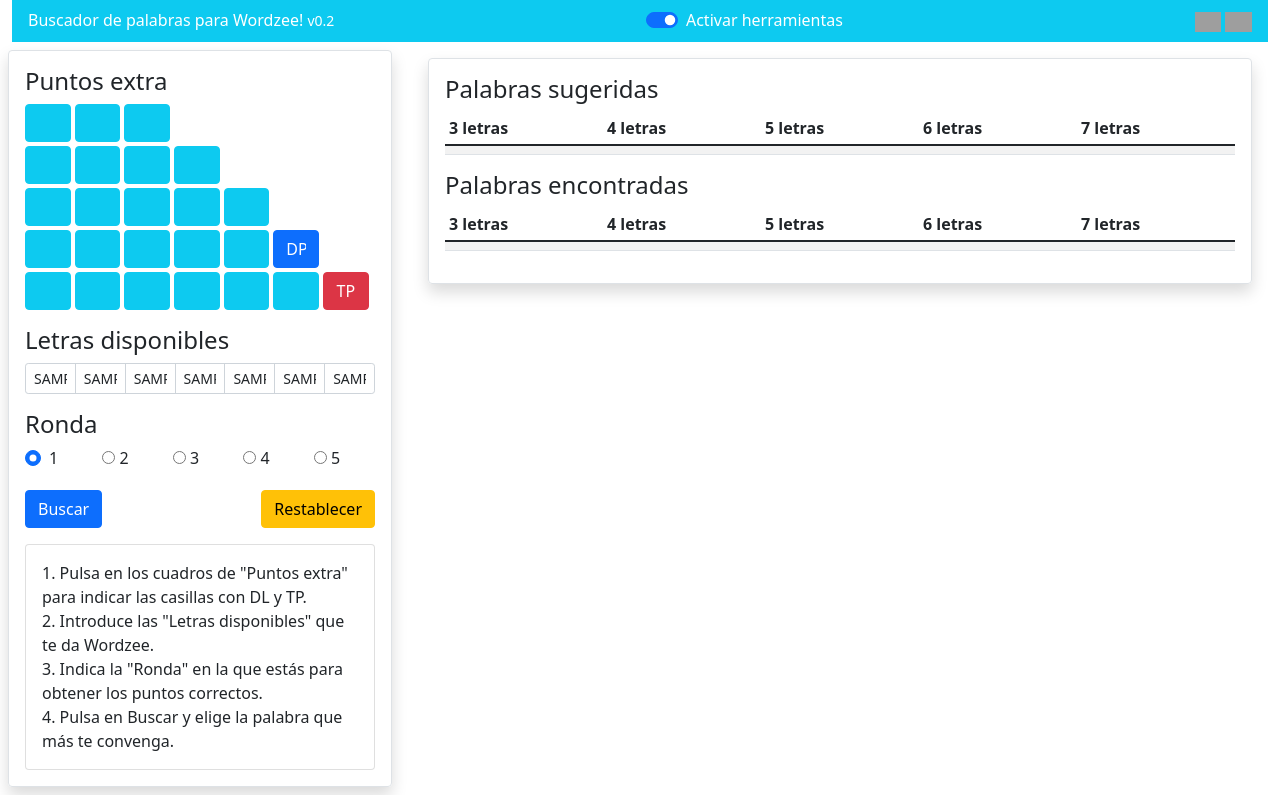
Repository: angelcafe/wordzee-bp_javascript
Page: index.html
An editor plug-in stored every save of this project. The page is shown before and after the next save, followed by the edit.
The browser window is 1280 px wide. The pictures show the whole page.
Empty fields were first filled with sample values (such as "Sample", 5 or name@example.com).
After loading, the first visible `#idActivarHerramientas` was changed once.
Pictures or frames that could not be fetched are drawn as grey boxes.

Above is the page before, as saved 2021-10-22 23:19:25.

### index.html
<!DOCTYPE html>
<html lang="es">

<head>
    <meta charset="UTF-8">
    <meta name="viewport" content="width=device-width, initial-scale=1">
    <meta http-equiv="Expires" content="0">
    <meta http-equiv="Last-Modified" content="0">
    <meta http-equiv="Cache-Control" content="no-cache, mustrevalidate">
    <meta http-equiv="Pragma" content="no-cache">
    <link rel="icon" href="favicon.ico" type="image/ico" />
    <link rel="stylesheet" href="https://cdn.jsdelivr.net/npm/bootstrap@5.1.3/dist/css/bootstrap.min.css" integrity="sha384-1BmE4kWBq78iYhFldvKuhfTAU6auU8tT94WrHftjDbrCEXSU1oBoqyl2QvZ6jIW3" crossorigin="anonymous">
    <link rel="stylesheet" href="https://cdn.jsdelivr.net/npm/bootstrap-icons@1.5.0/font/bootstrap-icons.css">
    <link rel="stylesheet" href="index.css">
    <title>Busca palabras</title>
</head>

<body>
    <div class="container-fluid">
        <!-- Cabecera -->
        <nav class="nav d-flex justify-content-between bg-info">
            <li class="nav-item">
                <span class="nav-link text-white">Buscador de palabras para Wordzee! <small>v0.2</small></span>
            </li>
            <li class="nav-item">
                <div class="nav-link text-white form-check form-switch">
                    <input class="form-check-input" type="checkbox" role="switch" id="idActivarHerramientas">
                    <label class="form-check-label" for="idActivarHerramientas">Activar herramientas</label>
                </div>
            </li>
            <li class="nav-item">
                <span class="nav-link">
                    <a href="https://www.facebook.com/BuscaPalabras-para-Wordzee-106324508497974" target="_blank"><img src="https://upload.wikimedia.org/wikipedia/commons/5/51/Facebook_f_logo_%282019%29.svg" height="20"></a>
                    <a href="https://t.me/buscadorwordzee" target="_blank"><img src="https://upload.wikimedia.org/wikipedia/commons/thumb/8/83/Telegram_2019_Logo.svg/2048px-Telegram_2019_Logo.svg.png" height="20"></a>
                </span>
            </li>
        </nav>
        <div class="row">
            <!-- Principal -->
            <div class="col border shadow rounded m-2 p-3 principal">
                <form name="principal" method="POST">
                    <div id="idPuntosExtra">
                        <h4>Puntos extra</h4>
                        <div class="p-0 mb-1">
                            <input type="text" name="pal3let1" class="btn btn-info" value="" readonly>
                            <input type="text" name="pal3let2" class="btn btn-info" value="" readonly>
                            <input type="text" name="pal3let3" class="btn btn-info" value="" readonly>
                        </div>
                        <div class="p-0 mb-1">
                            <input type="text" name="pal4let1" id="pal4let1" class="btn btn-info" value="" readonly>
                            <input type="text" name="pal4let2" id="pal4let2" class="btn btn-info" value="" readonly>
                            <input type="text" name="pal4let3" id="pal4let3" class="btn btn-info" value="" readonly>
                            <input type="text" name="pal4let4" id="pal4let4" class="btn btn-info" value="" readonly>
                        </div>
                        <div class="p-0 mb-1">
                            <input type="text" name="pal5let1" id="pal5let1" class="btn btn-info" value="" readonly>
                            <input type="text" name="pal5let2" id="pal5let2" class="btn btn-info" value="" readonly>
                            <input type="text" name="pal5let3" id="pal5let3" class="btn btn-info" value="" readonly>
                            <input type="text" name="pal5let4" id="pal5let4" class="btn btn-info" value="" readonly>
                            <input type="text" name="pal5let5" id="pal5let5" class="btn btn-info" value="" readonly>
                        </div>
                        <div class="p-0 mb-1">
                            <input type="text" name="pal6let1" id="pal6let1" class="btn btn-info" value="" readonly>
                            <input type="text" name="pal6let2" id="pal6let2" class="btn btn-info" value="" readonly>
                            <input type="text" name="pal6let3" id="pal6let3" class="btn btn-info" value="" readonly>
                            <input type="text" name="pal6let4" id="pal6let4" class="btn btn-info" value="" readonly>
                            <input type="text" name="pal6let5" id="pal6let5" class="btn btn-info" value="" readonly>
                            <input type="text" name="pal6let6" id="pal6let6" class="btn btn-info" value="" readonly>
                        </div>
                        <div class="p-0 mb-3">
                            <input type="text" name="pal7let1" id="pal7let1" class="btn btn-info" value="" readonly>
                            <input type="text" name="pal7let2" id="pal7let2" class="btn btn-info" value="" readonly>
                            <input type="text" name="pal7let3" id="pal7let3" class="btn btn-info" value="" readonly>
                            <input type="text" name="pal7let4" id="pal7let4" class="btn btn-info" value="" readonly>
                            <input type="text" name="pal7let5" id="pal7let5" class="btn btn-info" value="" readonly>
                            <input type="text" name="pal7let6" id="pal7let6" class="btn btn-info" value="" readonly>
                            <input type="text" name="pal7let7" id="pal7let7" class="btn btn-info" value="" readonly>
                        </div>
                    </div>
                    <div id="idLetrasDisponibles">
                        <h4>Letras disponibles</h4>
                        <div class="input-group input-group-sm mb-3" id="letras">
                            <input type="text" name="letra1" size="1" maxlength="1" autocomplete="off" required="required" class="form-control text-uppercase" value="">
                            <input type="text" name="letra2" size="1" maxlength="1" autocomplete="off" required="required" class="form-control text-uppercase" value="">
                            <input type="text" name="letra3" size="1" maxlength="1" autocomplete="off" required="required" class="form-control text-uppercase" value="">
                            <input type="text" name="letra4" size="1" maxlength="1" autocomplete="off" required="required" class="form-control text-uppercase" value="">
                            <input type="text" name="letra5" size="1" maxlength="1" autocomplete="off" required="required" class="form-control text-uppercase" value="">
                            <input type="text" name="letra6" size="1" maxlength="1" autocomplete="off" required="required" class="form-control text-uppercase" value="">
                            <input type="text" name="letra7" size="1" maxlength="1" autocomplete="off" required="required" class="form-control text-uppercase" value="">
                        </div>
                    </div>
                    <div id="idRonda">
                        <h4>Ronda</h4>
                        <div class="form-check form-check-inline mb-3">
                            <input type="radio" name="ronda" value="1" class="form-check-input" checked>
                            <label class="form-check-label" for="idRonda1">1</label>
                        </div>
                        <div class="form-check form-check-inline mb-3">
                            <input type="radio" name="ronda" value="2" class="custom-control-input">
                            <label class="custom-control-label" for="idRonda2">2</label>
                        </div>
                        <div class="form-check form-check-inline mb-3">
                            <input type="radio" name="ronda" value="3" class="custom-control-input">
                            <label class="custom-control-label" for="idRonda3">3</label>
                        </div>
                        <div class="form-check form-check-inline mb-3">
                            <input type="radio" name="ronda" value="4" class="custom-control-input">
                            <label class="custom-control-label" for="idRonda4">4</label>
                        </div>
                        <div class="form-check form-check-inline mb-3">
                            <input type="radio" name="ronda" value="5" class="custom-control-input">
                            <label class="custom-control-label" for="idRonda5">5</label>
                        </div>
                        <div class="btn-toolbar justify-content-between mt-1">
                            <button type="submit" class="btn btn-primary">Buscar</button>
                            <button type="button" onclick="restablecer()" class="btn btn-warning">Restablecer</button>
                        </div>
                    </div>
                </form>
                <div class="card mt-3">
                    <div class="card-body">
                        1. Pulsa en los cuadros de "Puntos extra" para indicar las casillas con DL y TP.
                        <br>
                        2. Introduce las "Letras disponibles" que te da Wordzee.
                        <br>
                        3. Indica la "Ronda" en la que estás para obtener los puntos correctos.
                        <br>
                        4. Pulsa en Buscar y elige la palabra que más te convenga.
                    </div>
                </div>
            </div>
            <!-- Herramientas -->
            <div class="col border col m-3 p-3 shadow rounded herramientas">
                <div id="idHerramientas">
                    <h4>Herramientas</h4>
                    <form class="row">
                        <div class="col">Palabra nueva:</div>
                        <div class="col">
                            <input name="palabraGuardar" id="palabraGuardar" type="text" minlength="3" maxlength="7" autocomplete="off" required="required" class="form-control text-uppercase" value="">
                        </div>
                        <div class="col">
                            <button id="idGuardar" type="button" class="btn btn-primary">Guardar</button>
                        </div>
                    </form>
                    <form class="row mt-3">
                        <div class="col">Borrar palabra:</div>
                        <div class="col">
                            <input name="palabraBorrar" id="palabraBorrar" type="text" minlength="3" maxlength="7" autocomplete="off" required="required" class="form-control text-uppercase" value="">
                        </div>
                        <div class="col">
                            <button id="idBorrar" type="button" class="btn btn-danger">Borrar</button>
                        </div>
                    </form>
                    <form class="row mt-3">
                        <div class="col">Exportar JSON:</div>
                        <div class="col"></div>
                        <div class="col">
                            <button type="button" onclick="palabras.exportar()" class="btn btn-primary">Exportar</button>
                        </div>
                    </form>
                    <form class="row mt-3">
                        <div class="col">Importar JSON:</div>
                        <div class="col custom-file">
                            <input type="file" class="custom-file-input" accept=".json" id="formFile" required="required">
                            <label class="custom-file-label" for="formFile" data-browse="Elegir"></label>
                        </div>
                        <div class="col input-group-append">
                            <button type="button" class="btn btn-warning" onclick="palabras.importar()">Importar</button>
                        </div>
                    </form>
                </div>
            </div>
        <!-- Palabras sugeridas -->
            <div class="col">
            <div class="border col m-3 p-3 shadow rounded">
                <h4>Palabras sugeridas</h4>
                <table class="table table-sm table-striped table-hover">
                    <thead>
                        <tr>
                            <th>3 letras</th>
                            <th>4 letras</th>
                            <th>5 letras</th>
                            <th>6 letras</th>
                            <th>7 letras</th>
                        </tr>
                    </thead>
                    <tbody>
                        <tr>
                            <td class="noselect"></td>
                            <td class="noselect"></td>
                            <td class="noselect"></td>
                            <td class="noselect"></td>
                            <td class="noselect"></td>
                        </tr>
                    </tbody>
                </table>
                <!-- Palabras encontradas -->
                <h4>Palabras encontradas</h4>
                <table class="table table-sm table-striped table-hover">
                    <thead>
                        <tr>
                            <th>3 letras</th>
                            <th>4 letras</th>
                            <th>5 letras</th>
                            <th>6 letras</th>
                            <th>7 letras</th>
                        </tr>
                    </thead>
                    <tbody>
                        <tr>
                            <td class="menu palenc noselect"></td>
                            <td class="menu palenc noselect"></td>
                            <td class="menu palenc noselect"></td>
                            <td class="menu palenc noselect"></td>
                            <td class="menu palenc noselect"></td>
                        </tr>
                    </tbody>
                </table>
            </div>
        </div>
    </div>
    <div id="modalAlert" class="modal fade" tabindex="-1">
        <div class="modal-dialog">
            <div class="modal-content">
                <div class="modal-header">
                    <h5 class="modal-title"></h5>
                    <button type="button" class="close" data-dismiss="modal" aria-label="Close"></button>
                </div>
                <div class="modal-body">
                    <p>Importación finalizada.</p>
                </div>
                <div class="modal-footer">
                    <button type="button" class="close" data-dismiss="modal" aria-label="Cerrar">
                        <span aria-hidden="true">&times;</span>
                    </button>
                </div>
            </div>
        </div>
    </div>
    <div id="menu">
        <div>
            <i class="bi bi-eraser-fill"></i> Borrar <span id="idBorrarPalabra"></span> de la Base de Datos
        </div>
    </div>
    <script src="https://cdn.jsdelivr.net/npm/bootstrap@5.1.3/dist/js/bootstrap.bundle.min.js" integrity="sha384-ka7Sk0Gln4gmtz2MlQnikT1wXgYsOg+OMhuP+IlRH9sENBO0LRn5q+8nbTov4+1p" crossorigin="anonymous"></script>
    <script src="index.js"></script>
</body>

</html>

### index.css
.herramientas {
    display: none;
    max-width: 26em;
    min-width: 24em;
}
.noselect {
    -webkit-touch-callout: none; /* iOS Safari */
    -webkit-user-select: none; /* Safari */
    -khtml-user-select: none; /* Konqueror HTML */
    -moz-user-select: none; /* Firefox */
    -ms-user-select: none; /* Internet Explorer/Edge */
    user-select: none; /* Non-prefixed version, currently
    supported by Chrome and Opera */
}
.palenc {
    cursor: pointer;
}
.principal {
    max-width: 24em;
    min-width: 24em;
}
.rosa {
    background-color: pink;
}
#idPuntosExtra input {
    width: 13%;
}
#idBorrarPalabra,
#idBotonBuscaPalabras {
    cursor: pointer;
}
#menu {
    position: absolute;
    display: none;
    padding: 0px;
    font-family: sans-serif;
    font-size: 15px;
    background: #fff;
    color: #555;
    border: 1px solid #C6C6C6;
    -webkit-transition: opacity .5s ease-in-out;
    -moz-transition: opacity .5s ease-in-out;
    transition: opacity .5s ease-in-out;
    -webkit-box-shadow: 2px 2px 2px 0px rgba(143, 144, 145, 1);
    -moz-box-shadow: 2px 2px 2px 0px rgba(143, 144, 145, 1);
    box-shadow: 2px 2px 2px 0px rgba(143, 144, 145, 1);
}
#menu div {
    display: block;
    color: #555;
    text-decoration: none;
    padding: 6px 8px 6px 8px;
    width: 294px;
    position: relative;
}
#menu div img,
#menu div i.fa {
    height: 20px;
    font-size: 17px;
    width: 20px;
    position: absolute;
    left: 5px;
    top: 2px;
}
#menu span:hover {
    color: #fff;
    background: #69a0f1;
}
#menu span {
    font-weight: bold;
}

### index.js
(function () {
    'use strict'

    document.querySelector("#pal6let6[value='']").value = "DP";
    document.querySelector("#pal7let7[value='']").value = "TP";
    for (let x = 3; x < 8; x++) {
        for (let y = 1; y < (x + 1); y++) {
            document.getElementsByName("pal" + x + "let" + y)[0].addEventListener("click", cambiarValorBotones);
            cambiarClaseBotones(document.getElementsByName("pal" + x + "let" + y)[0]);
        }
    }
    if (localStorage.getItem('ActivarHerramientas')) {
        document.getElementsByClassName('herramientas')[0].style.display = localStorage.getItem('ActivarHerramientas');
        document.getElementById('idActivarHerramientas').checked = (localStorage.getItem('ActivarHerramientas').indexOf('none') < 0) ? (true) : (false);
    }
    document.getElementById('idActivarHerramientas').addEventListener("change", activarHerramientas);
    Array.from(document.getElementsByClassName("palenc")).forEach(element => {
        element.addEventListener("click", function (e) {
            let palabra = e.target.innerText.split(' ')[0];
            for (let x = 0; x < 7; x++) {
                document.getElementsByName('letra' + (x + 1))[0].value = palabra[x];
            }
        });
    });
    var texto = /^[a-jl-vx-zA-JL-VX-ZñÑ]$/;
    document.querySelectorAll("#letras > input").forEach(element => {
        element.addEventListener("keyup", e => {
            if (texto.test(element.value) === true) {
                if (e.currentTarget.nextElementSibling) {
                    e.currentTarget.nextElementSibling.focus();
                    e.currentTarget.nextElementSibling.select();
                }
            } else {
                e.currentTarget.value = '';
            }
        });
        element.addEventListener("click", e => {
            e.currentTarget.select();
        });
    });
})()

var palabras = {
    alerta: function () {
        let myModal = new bootstrap.Modal(document.getElementById('modalAlert'));
        document.querySelector('#modalAlert .modal-title').innerText = palabras.alertaTitulo;
        document.querySelector('#modalAlert .modal-body p').innerText = palabras.alertaTexto;
        myModal.show();
        if (palabras.alertaDescargar) {
            palabras.descargar();
        }
    },
    alertaDescargar: false,
    alertaTexto: '',
    alertaTitulo: '',
    ajax: function (alerta = false) {
        $.ajax({
            contentType: palabras.ajaxContentType,
            data: palabras.ajaxEnviar,
            processData: palabras.ajaxProcessData,
            type: palabras.ajaxMetodo,
            url: palabras.ajaxFichero,
            success: function (datos) {
                if (alerta) {
                    palabras.responde = datos;
                    palabras.alerta();
                }
                if (palabras.ajaxEnviar.borrar || palabras.ajaxEnviar.guardar) {
                    document.getElementById('principal').submit();
                }
            },
            complete: function () {
                palabras.ajaxContentType = 'application/x-www-form-urlencoded; charset=UTF-8';
                palabras.ajaxEnviar = '';
                palabras.ajaxFichero = 'back/buscapalabras.php';
                palabras.ajaxMetodo = 'POST';
                palabras.ajaxProcessData = true;
            }
        });
    },
    ajaxContentType: 'application/x-www-form-urlencoded; charset=UTF-8',
    ajaxEnviar: '',
    ajaxFichero: "back/buscapalabras.php",
    ajaxMetodo: "POST",
    ajaxProcessData: true,
    borrar: function (palabra) {
        palabras.ajaxEnviar = { "borrar": palabra };
        palabras.ajax();
    },
    descargar: function () {
        let blob = palabras.responde;
        let fileName = 'sp.json';
        let link = document.createElement('a');
        let binaryData = [];
        binaryData.push(blob);
        link.href = window.URL.createObjectURL(new Blob(binaryData, { type: "application/json" }));
        link.download = fileName;
        link.click();
    },
    exportar: function () {
        palabras.alertaTitulo = 'Exportar JSON';
        palabras.alertaTexto = 'Exportación finalizada.';
        palabras.alertaDescargar = true;
        palabras.ajaxEnviar = { "exportar": true };
        palabras.ajax(true);
    },
    guardar: function () {
        let palabra = document.getElementById('palabraGuardar').value;
        palabras.ajaxEnviar = { "guardar": palabra };
        palabras.ajax();
    },
    importar: function () {
        const file = document.getElementById('formFile').files[0];
        var formd = new FormData();
        formd.append('archivo', file);
        palabras.alertaTitulo = 'Importar JSON';
        palabras.alertaTexto = 'Importación finalizada.';
        palabras.alertaDescargar = false;
        palabras.ajaxContentType = false;
        palabras.ajaxProcessData = false;
        palabras.ajaxEnviar = formd;
        palabras.ajax(true);
        return false;
    },
    responde: '',
};
window.onload = function() {

    document.getElementById('idBorrar').addEventListener('click', function () {
        palabras.borrar($('#palabraBorrar').val());
    });
    document.getElementById('idGuardar').addEventListener("click", palabras.guardar);
    document.onclick = function (e) {
        document.getElementById('menu').style.display = 'none';
    }
    document.oncontextmenu = function (e) {
        document.getElementById('menu').style.display = 'none';
        if (e.target.className.includes("menu")) {
            e.preventDefault();
            $('#menu').css({'left': e.pageX - 100 + 'px', 'top': e.pageY + 'px', 'display': 'block'});
            $('#idBorrarPalabra')
                .text(e.target.innerText.split(' ')[0])
                .on('click', function () {
                    palabras.borrar($(this).text());
                });
        }
    }
};

function activarHerramientas(e) {
    let h = document.getElementsByClassName('herramientas')[0];
    if (e.currentTarget.checked) {
        h.style.display = '';
        localStorage.setItem('ActivarHerramientas', '');
    } else {
        h.style.display = 'none';
        localStorage.setItem('ActivarHerramientas', 'none');
    }
}

function cambiarClaseBotones(e) {
    switch (e.value) {
        case 'DL':
            e.className = 'btn rosa';
            break;
        case 'TL':
            e.className = 'btn btn-success';
            break;
        case 'DP':
            e.className = 'btn btn-primary';
            break;
        case 'TP':
            e.className = 'btn btn-danger';
            break;
        case '':
            e.className = 'btn btn-info';
            break;
        default:
            break;
    }
}

function cambiarValorBotones(e) {
    switch (e.srcElement.value) {
        case '':
            e.srcElement.value = 'DL';
            e.srcElement.className = 'btn rosa';
            break;
        case 'DL':
            e.srcElement.value = 'TL';
            e.srcElement.className = 'btn btn-success';
            break;
        case 'TL':
            e.srcElement.value = '';
            e.srcElement.className = 'btn btn-info';
            break;
        default:
            break;
    }
}

function restablecer() {
    window.location.href = window.location.href;
}

After the next save:
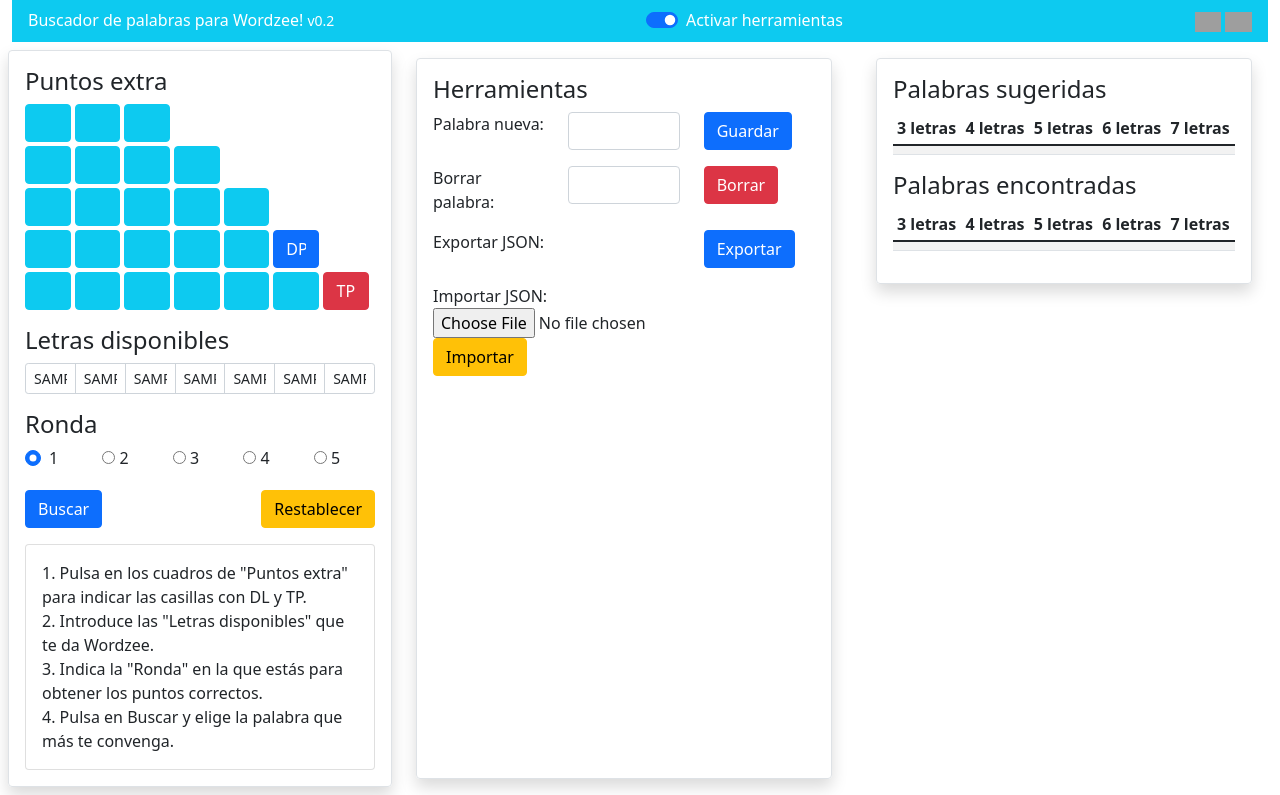
Saved 62 s later.
--- a/index.js
+++ b/index.js
@@ -150,7 +150,7 @@ window.onload = function() {
 function activarHerramientas(e) {
     let h = document.getElementsByClassName('herramientas')[0];
     if (e.currentTarget.checked) {
-        h.style.display = '';
+        h.style.display = 'block';
         localStorage.setItem('ActivarHerramientas', '');
     } else {
         h.style.display = 'none';
